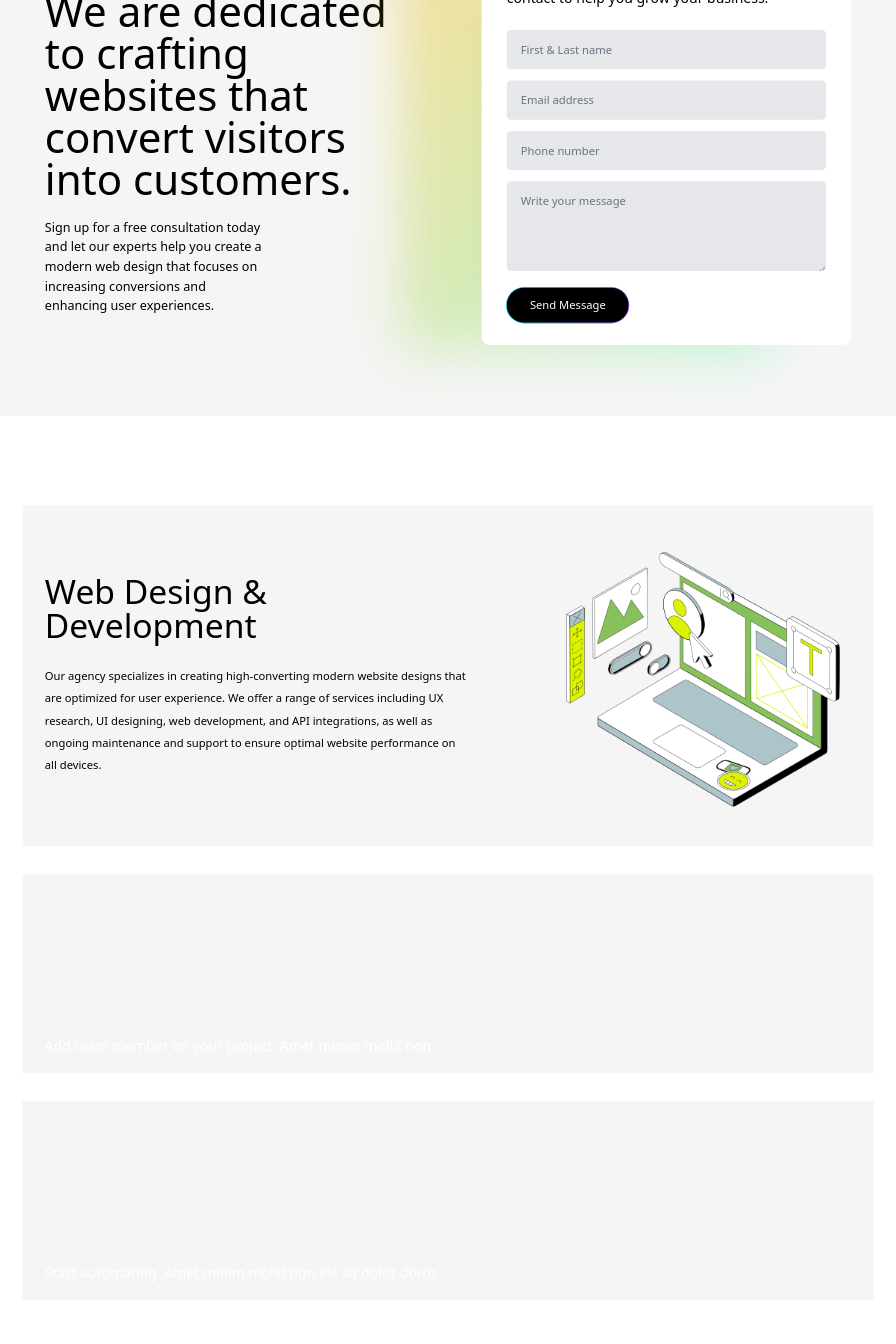
Repository: ornelasedward/mired_website
Page: /
An editor plug-in stored every save of this project. The page is shown before and after a run of saves, followed by the edit.
The browser window is 1280 px wide. The pictures show the part of the page from y = 1440 to 3360 px (the page is 3425 px tall), at 70% of full size.
The project was rebuilt for these pictures with package versions that can differ from the ones it lists, and the page was loaded fresh each time. The framework's server and built-in components were replaced by stand-ins that run in the browser. Also part of the build but not shown: next.config.js.

Above is the page before, as saved 2023-03-28 20:13:27.

### app/layout.tsx
import "./globals.css";

export const metadata = {
  title: "Mired",
  description: "Web design and development services",
};

export default function RootLayout({
  children,
}: {
  children: React.ReactNode;
}) {
  return (
    <html lang="en" className="bg-[#F5F5F5]">
      <body>{children}</body>
    </html>
  );
}

### app/page.tsx
import Header from "@/components/Header";
import Hero from "@/components/Hero";
import Services from "@/components/Services";
import CTA from "@/components/CTA";
import { Inter } from "next/font/google";
import Testimonial from "@/components/Testimonials";
import FAQ from "@/components/FAQ";
import Contact from "@/components/Contact";
import Footer from "@/components/Footer";

const inter = Inter({ subsets: ["latin"] });

export default function Home() {
  return (
    <main>
      <Hero />
      <Header />
      <Services />
      {/*  <CTA />
      <Testimonial />
      <FAQ />
      <Contact />
      <Footer /> */}
    </main>
  );
}

### components/Header.tsx
export default function Header() {
  return (
    <section className="py-12 overflow-hidden sm:py-16 lg:py-20 xl:py-24">
      <div className="px-4 mx-auto max-w-7xl sm:px-6 lg:px-8">
        <div className="grid max-w-6xl grid-cols-1 mx-auto gap-y-12 lg:grid-cols-2 lg:gap-x-16 xl:gap-x-24">
          <div className="relative flex flex-col justify-between max-w-lg lg:py-12 lg:max-w-none">
            <div className="flex-1">
              <p className="text-sm font-normal tracking-widest uppercase">
                <span className="text-transparent bg-clip-text bg-gradient-to-r from-cyan-500 to-purple-500">
                  {" "}
                  Have a project in mind?{" "}
                </span>
              </p>
            </div>

            <div className="mt-6 lg:mt-auto">
              <h2 className="text-3xl font-normal text-black sm:text-4xl lg:text-5xl xl:text-6xl">
                We are dedicated to crafting websites that convert visitors into
                customers.
              </h2>
              <p className="mt-4 text-base font-normal text-black lg:max-w-xs sm:text-lg sm:mt-6">
                Sign up for a free consultation today and let our experts help
                you create a modern web design that focuses on increasing
                conversions and enhancing user experiences.
              </p>
            </div>
          </div>

          <div className="relative flex items-center justify-center">
            <div className="absolute right-1/4 transform translate-x-4 -translate-y-1/2 top-1/2 bg-gradient-to-br from-[#F7BE08] to-[#55F5A3] w-full h-full blur-2xl opacity-40" />

            <div className="relative overflow-hidden bg-white rounded-xl">
              <div className="p-6 sm:py-8 sm:px-9">
                <p className="text-xl font-normal text-black">
                  Let us know about your business & we will be in contact to
                  help you grow your business.
                </p>

                <form action="#" method="POST" className="mt-8 space-y-4">
                  <div>
                    <label for="" className="sr-only">
                      {" "}
                      Full name{" "}
                    </label>
                    <div>
                      <input
                        type="text"
                        name=""
                        id=""
                        placeholder="First & Last name"
                        className="block w-full px-5 py-4 text-base text-black placeholder-gray-500 bg-gray-200 rounded-md focus:border-black focus:ring-1 focus:ring-black"
                      />
                    </div>
                  </div>

                  <div>
                    <label for="" className="sr-only">
                      {" "}
                      Email address{" "}
                    </label>
                    <div>
                      <input
                        type="email"
                        name=""
                        id=""
                        placeholder="Email address"
                        className="block w-full px-5 py-4 text-base text-black placeholder-gray-500 bg-gray-200 rounded-md focus:border-black focus:ring-1 focus:ring-black"
                      />
                    </div>
                  </div>

                  <div>
                    <label for="" className="sr-only">
                      {" "}
                      Phone number{" "}
                    </label>
                    <div>
                      <input
                        type="tel"
                        name=""
                        id=""
                        placeholder="Phone number"
                        className="block w-full px-5 py-4 text-base text-black placeholder-gray-500 bg-gray-200 rounded-md focus:border-black focus:ring-1 focus:ring-black"
                      />
                    </div>
                  </div>

                  <div>
                    <label for="" className="sr-only">
                      {" "}
                      Message{" "}
                    </label>
                    <div>
                      <textarea
                        name=""
                        id=""
                        placeholder="Write your message"
                        rows="4"
                        className="block w-full px-5 py-4 text-base text-black placeholder-gray-500 bg-gray-200 rounded-md focus:border-black focus:ring-1 focus:ring-black"
                      ></textarea>
                    </div>
                  </div>

                  <div>
                    <div className="relative inline-flex mt-2 group">
                      <div className="absolute transition-all duration-200 rounded-[2rem] -inset-px bg-gradient-to-r from-cyan-500 to-purple-500 group-hover:shadow-lg group-hover:shadow-cyan-500/50"></div>
                      <button
                        type="button"
                        className="relative inline-flex items-center justify-center px-8 py-3 text-base font-normal text-white bg-black border border-transparent rounded-[2rem]"
                        role="button"
                      >
                        Send Message
                      </button>
                    </div>
                  </div>
                </form>
              </div>
            </div>
          </div>
        </div>
      </div>
    </section>
  );
}

### components/Services.tsx
import Image from "next/image";
import Laptop from "../images/Laptop.png";

export default function Services() {
  return (
    <div className="bg-white">
      <div className="relative px-4 mx-auto sm:px-6 lg:px-8 max-w-7xl">
        <div className="grid grid-cols-1 gap-10 py-32">
          <div className="bg-[#F5F5F5]">
            <div className="grid grid-cols-5">
              <div className="col-span-3 flex items-center max-w-2xl">
                <div className="sm:px-8 flex flex-col lg:gap-8 gap-6 max-w-2xl">
                  <h1 className="lg:text-5xl text-4xl font-normal text-black">
                    Web Design & Development
                  </h1>
                  <p className="text-md leading-8">
                    Our agency specializes in creating high-converting modern
                    website designs that are optimized for user experience. We
                    offer a range of services including UX research, UI
                    designing, web development, and API integrations, as well as
                    ongoing maintenance and support to ensure optimal website
                    performance on all devices.
                  </p>
                </div>
              </div>
              <div className="col-span-2">
                <Image
                  className="m-auto"
                  src={Laptop}
                  alt=""
                  width={500}
                  height={500}
                />
              </div>
            </div>
          </div>

          <div className="bg-[#F5F5F5]">
            <div className="p-6 sm:px-8">
              <p className="mt-12 text-xl font-normal text-white lg:mt-32 xl:mt-52">
                Add team member on your project. Amet minim mollit non.
              </p>
            </div>
          </div>

          <div className="bg-[#F5F5F5]">
            <div className="p-6 sm:px-8">
              <p className="mt-12 text-xl font-normal text-white lg:mt-32 xl:mt-52">
                Start automating. Amet minim mollit non est sit dolor doros.
              </p>
            </div>
          </div>
        </div>
      </div>
    </div>
  );
}

Loaded but not shown: app/globals.css (common file); tailwind.config.js (common file); components/Hero.tsx (254 lines, source omitted)

After the next 2 saves:
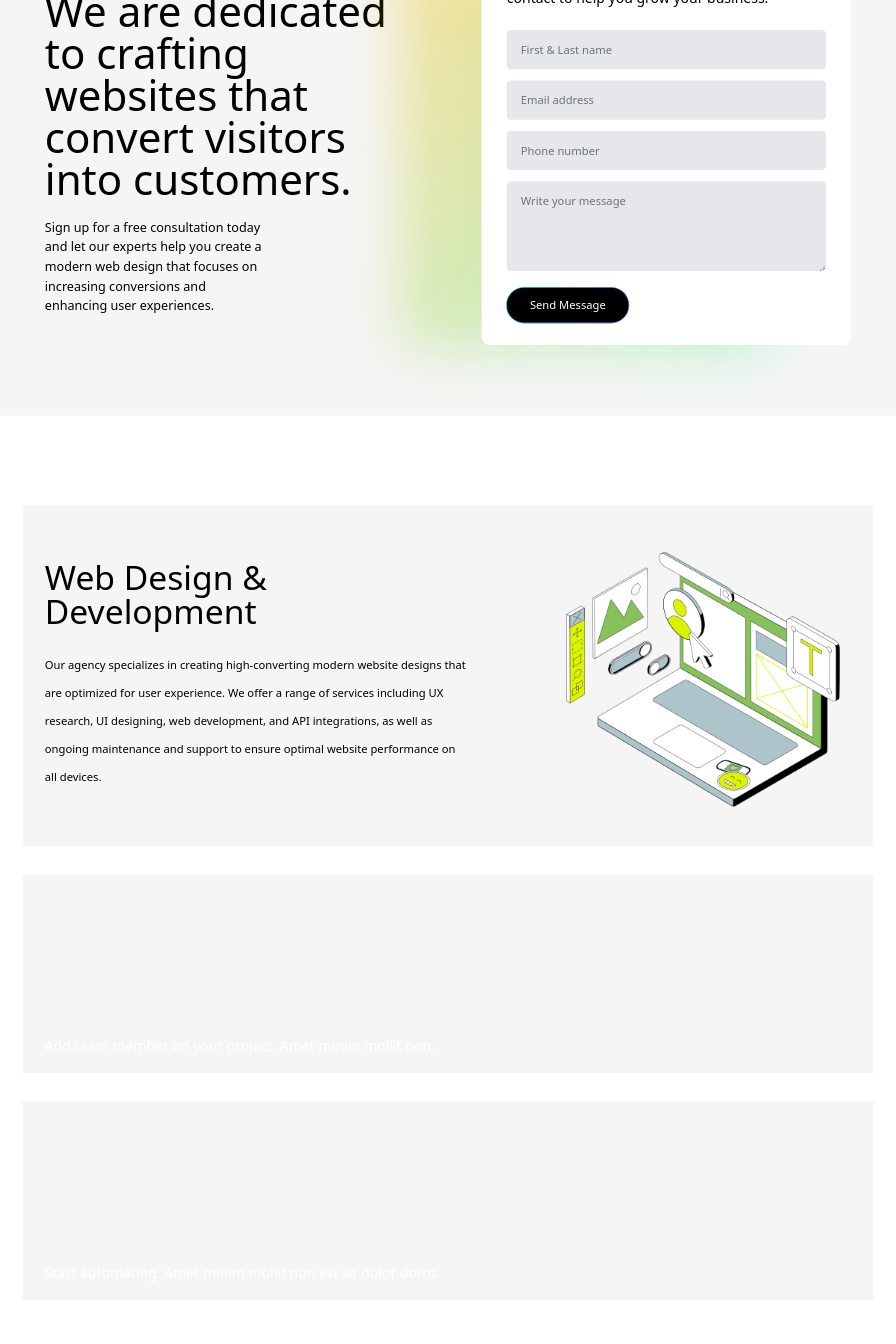
The 2 saves are shown as one change because they came seconds apart.
The last was saved 31 s later.
--- a/components/Services.tsx
+++ b/components/Services.tsx
@@ -13,7 +13,7 @@
                   <h1 className="lg:text-5xl text-4xl font-normal text-black">
                     Web Design & Development
                   </h1>
-                  <p className="text-md leading-8">
+                  <p className="text-md leading-10">
                     Our agency specializes in creating high-converting modern
                     website designs that are optimized for user experience. We
                     offer a range of services including UX research, UI

After the 2 saves that followed:
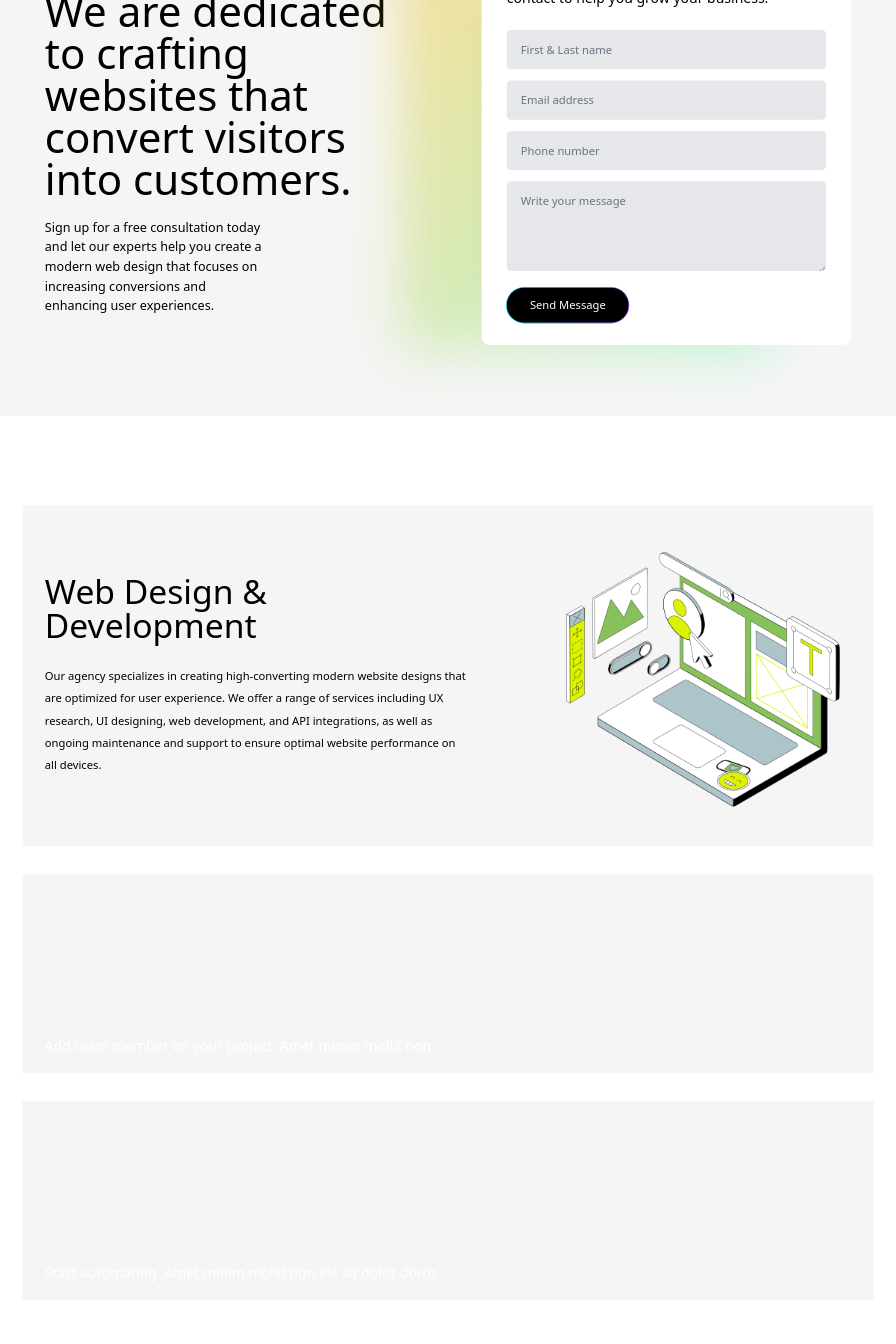
The 2 saves are shown as one change because they came seconds apart.
The last was saved 9 s later.
--- a/components/Services.tsx
+++ b/components/Services.tsx
@@ -13,7 +13,7 @@
                   <h1 className="lg:text-5xl text-4xl font-normal text-black">
                     Web Design & Development
                   </h1>
-                  <p className="text-md leading-10">
+                  <p className="text-md leading-8">
                     Our agency specializes in creating high-converting modern
                     website designs that are optimized for user experience. We
                     offer a range of services including UX research, UI
